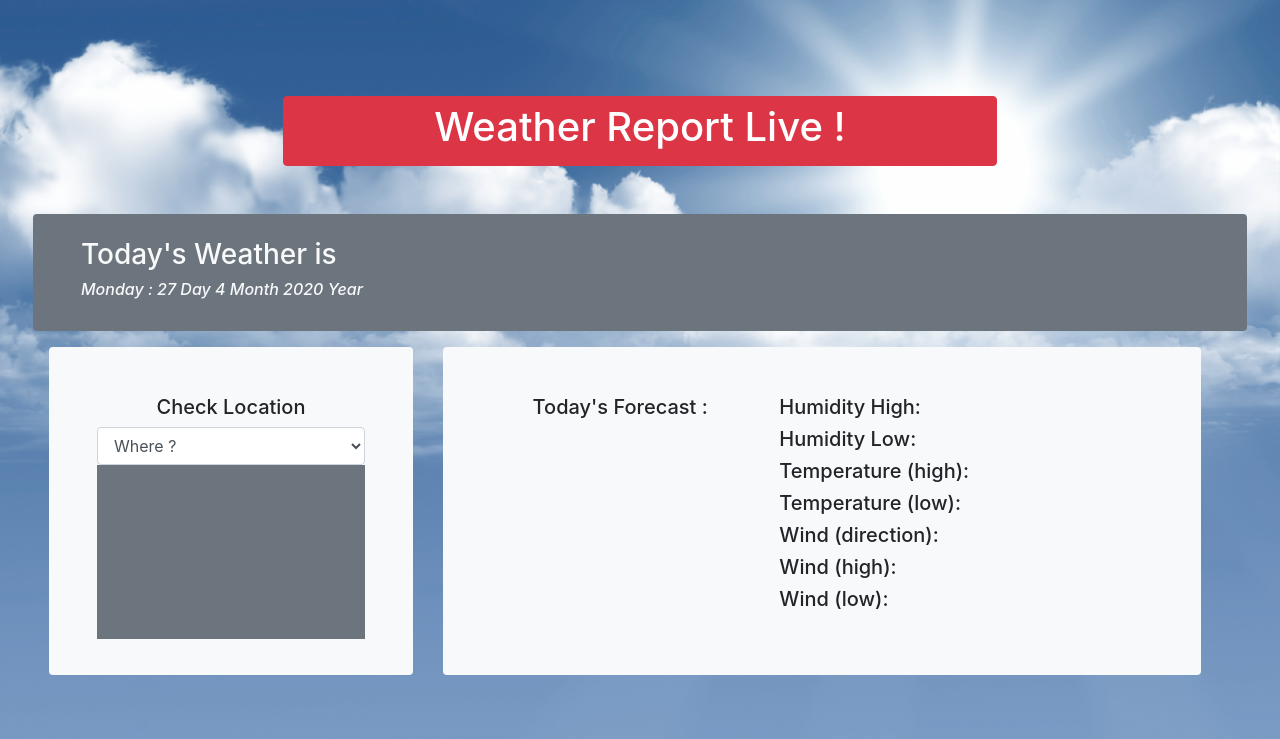
Repository: Code-Institute-Submissions/projectchen88-weatherForecast
Page: index.html
The author's editor kept a record of every edit. The page is drawn from the files as they stood at one moment, then again after the next edit.
The browser window is 1280 px wide. The pictures show the whole page.
The page's requests for data from a server got no answer.

Above is the page before.
Console error (its wording comes from the project's code and is left out).

### index.html
<!doctype html>
<html lang="en">

<head>
    <!-- Required meta tags -->
    <meta charset="utf-8">
    <meta name="viewport" content="width=device-width, initial-scale=1, shrink-to-fit=no">
    <!--AXIOS link-->
    <script src="https://unpkg.com/axios/dist/axios.min.js"></script>
    <!-- Bootstrap CSS -->
    <link rel="stylesheet" href="https://stackpath.bootstrapcdn.com/bootstrap/4.4.1/css/bootstrap.min.css" integrity="sha384-Vkoo8x4CGsO3+Hhxv8T/Q5PaXtkKtu6ug5TOeNV6gBiFeWPGFN9MuhOf23Q9Ifjh" crossorigin="anonymous">
    <!--Custom CSS-->
    <link rel="stylesheet" href="styles/style.css" type="text/css" />
    <title>Hello, world!</title>
</head>

<body>
    <main id='main-page' class='container-fluid p-5'>
        <!--Header-->
        <div class="row">
            <div class="col-md-8 col-12 p-md-5 p-3 mx-auto">
                <span class='btn btn-danger w-100'><h1>Weather Report Live ! </h1></span>
            </div>
        </div>

        <!--Current Weather -->
        <div class="row">
            <div class="col-12 px-5 py-4 bg-secondary text-light rounded">
                <h3>Today's Weather is <span id='status'></span></h3>
                <h6 id='dateToday' class='font-italic'></h6>
            </div>
            <div id='display-section' class="col-12 p-3 bg-transparent">
                <div class="box row">
                    <!--Check and display weather of location selected-->
                    <div class="box col-md-4 col-12 mx-auto text-center">
                        <div class="box p-5 bg-light rounded">
                            <h5>Check Location</h5>
                            <div >
                                <select class='form-control' id="select">
                                    <option>Where ?</option>
                                </select>
                            </div>
                            <div class='display-box p-2 bg-secondary'>
                                <p><span id='weather' class='font-bolder text-light'></span></p>
                            </div>
                        </div>
                    </div>

                    <!--Display 4 days forecast-->
                    <div class="box col-md-8 col-12 mx-auto text-center">
                        <div class="box p-5 bg-light rounded">
                            <div class='display-box'>
                                <div class="row">
                                    <div class="col-5">
                                        <i class="fas fa-angle-double-left"></i>
                                        <h5>Today's Forecast : </h5>
                                        <i class="fas fa-angle-double-right"></i>
                                        <span id='forecast'></span>
                                    </div>
                                    <div class="col-7">
                                        <div class='d-flex'>
                                            <h5>Humidity High: </h5>
                                            <span id='humidity-high'></span>
                                        </div>
                                        <div class='d-flex'>
                                            <h5>Humidity Low: </h5>
                                            <span id='humidity-low'></span>
                                        </div>
                                        <div class='d-flex'>
                                            <h5>Temperature (high): </h5>
                                            <span id='temperature-high'></span>
                                        </div>
                                        <div class='d-flex'>
                                            <h5>Temperature (low): </h5>
                                            <span id='temperature-low'></span>
                                        </div>
                                        <div class='d-flex'>
                                            <h5>Wind (direction): </h5>
                                            <span id='wind-direction'></span>
                                        </div>
                                        <div class='d-flex'>
                                            <h5>Wind (high): </h5>
                                            <span id='wind-speed-high'></span>
                                        </div>
                                        <div class='d-flex'>
                                            <h5>Wind (low): </h5>
                                            <span id='wind-speed-low'></span>
                                        </div>
                                    </div>

                                </div>
                            </div>
                        </div>
                    </div>


                </div>
            </div>
        </div>


    </main>


    <!-- Optional JavaScript -->
    <!-- jQuery first, then Popper.js, then Bootstrap JS -->
    <script src="https://code.jquery.com/jquery-3.4.1.js" integrity="sha256-WpOohJOqMqqyKL9FccASB9O0KwACQJpFTUBLTYOVvVU=" crossorigin="anonymous"></script>
    <script src="https://cdn.jsdelivr.net/npm/popper.js@1.16.0/dist/umd/popper.min.js" integrity="sha384-Q6E9RHvbIyZFJoft+2mJbHaEWldlvI9IOYy5n3zV9zzTtmI3UksdQRVvoxMfooAo" crossorigin="anonymous"></script>
    <script src="https://stackpath.bootstrapcdn.com/bootstrap/4.4.1/js/bootstrap.min.js" integrity="sha384-wfSDF2E50Y2D1uUdj0O3uMBJnjuUD4Ih7YwaYd1iqfktj0Uod8GCExl3Og8ifwB6" crossorigin="anonymous"></script>
    <!--Custom JS script-->
    <script type="text/javascript" src="scripts/script.js"></script>
</body>

</html>

### scripts/script.js
/*  global $ axios */

var source1 = "https://api.data.gov.sg/v1/environment/2-hour-weather-forecast"
var source2 = "https://api.data.gov.sg/v1/environment/4-day-weather-forecast"
var forecastData =[]
var tempData =[]
var option =[]
var status


//AXIO TO GET DATA FROM JSON FILE (local)
function getForecast(callback) {
  axios.get(source1)
    .then(function(response) {
      let result = response.data;
      console.log(result)
      callback(result)
    })
}
function getTemp(callback) {
  axios.get(source2)
    .then(function(response) {
      let result = response.data.items[0].forecasts;
      console.log(result)
      callback(result)
    })
}
function displayDailyForecast( day ) {
  document.getElementById("forecast-title").innerHTML="Weather Forecast for date : " +tempData[day].date
  document.getElementById("forecast").innerHTML=tempData[day].forecast
  document.getElementById("humidity-high").innerHTML=tempData[day].relative_humidity.high
  document.getElementById("humidity-low").innerHTML=tempData[day].relative_humidity.low
  document.getElementById("temperature-high").innerHTML=tempData[day].temperature.high
  document.getElementById("temperature-low").innerHTML=tempData[day].temperature.low
  document.getElementById("wind-direction").innerHTML="The wind will be blowing in the "+tempData[day].wind.direction+" direction"
  document.getElementById("wind-speed-high").innerHTML=tempData[day].wind.speed.high
  document.getElementById("wind-speed-low").innerHTML=tempData[day].wind.speed.low

}
getTemp(function(data){
  tempData = data;
  tempData.count = 0 // tracker for the day result that is displayed
  displayDailyForecast (tempData.count)
  document.getElementById("forecast").innerHTML=tempData[0].forecast
})

getForecast( function(data) {
    forecastData = data
    status = forecastData.api_info.status
    document.getElementById("status").innerHTML = status;

    let forecastsArea = forecastData.items[0].forecasts

    var select = document.getElementById("select");
    for (let item in forecastsArea) {
      var el = document.createElement("option");
      el.textContent = forecastsArea[item].area;
      el.value = forecastsArea[item].area;
      select.appendChild(el);
    }
})

$ (function () {
  // $('#prev-day').hide();

  // Set the date of today to be displayed
  var d = new Date();
  var weekday = new Array(7);
  weekday[0] = "Sunday";
  weekday[1] = "Monday";
  weekday[2] = "Tuesday";
  weekday[3] = "Wednesday";
  weekday[4] = "Thursday";
  weekday[5] = "Friday";
  weekday[6] = "Saturday";
  var strDate = weekday[d.getDay()] + " : " + d.getDate() + " Day " + (d.getMonth()+1) + " Month " + d.getFullYear() + " Year " ;
  $('#dateToday').text(strDate)

  // Detect for change in option change in selection of area and display the weather
  $('#select').change(function(){
    // displayWeather()
    let forecastsArea = forecastData.items[0].forecasts
    for (let item in forecastsArea) {
      var select = $('#select').val()
      if (select == forecastsArea[item].area)
      $('#weather').text("The weather at "+ forecastsArea[item].area +" is expected to be "+forecastsArea[item].forecast)
    }
  })

  // Detect for change to view. forecast for next day
  $('#next-day').click( function () {
    if (tempData.count < 3) {
      tempData.count ++ ;
      displayDailyForecast(tempData.count)
      if (tempData.count >= 3) {
        // $('#next-day').hide()
      }
      $('#prev-day').text('<<')
    }
    else {
      $('#next-day').text('>>|')
    }
  })

  $('#prev-day').on('click', function () {
   if (tempData.count >= 0) {
      tempData.count -- ;
      displayDailyForecast(tempData.count)
      if (tempData.count <= 0 ) {
        $('#next-day').text(">>")
      }
      $('#prev-day').text('|<<')
    }
  })
})

Loaded but not shown: styles/style.css (common file)

After the next edit:
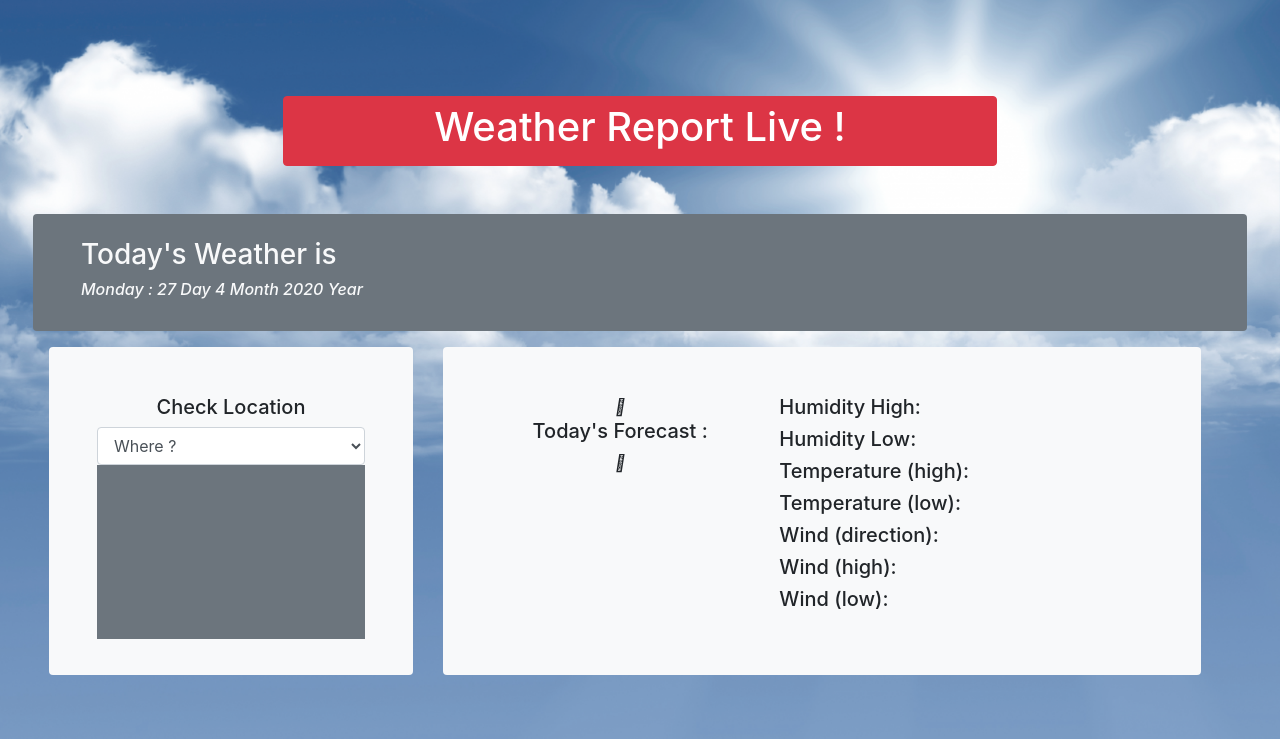
The edit:
--- a/index.html
+++ b/index.html
@@ -9,6 +9,8 @@
     <script src="https://unpkg.com/axios/dist/axios.min.js"></script>
     <!-- Bootstrap CSS -->
     <link rel="stylesheet" href="https://stackpath.bootstrapcdn.com/bootstrap/4.4.1/css/bootstrap.min.css" integrity="sha384-Vkoo8x4CGsO3+Hhxv8T/Q5PaXtkKtu6ug5TOeNV6gBiFeWPGFN9MuhOf23Q9Ifjh" crossorigin="anonymous">
+    <!--Font Awesome-->
+    <link rel="stylesheet" href="https://cdnjs.cloudflare.com/ajax/libs/font-awesome/4.7.0/css/font-awesome.min.css">
     <!--Custom CSS-->
     <link rel="stylesheet" href="styles/style.css" type="text/css" />
     <title>Hello, world!</title>
